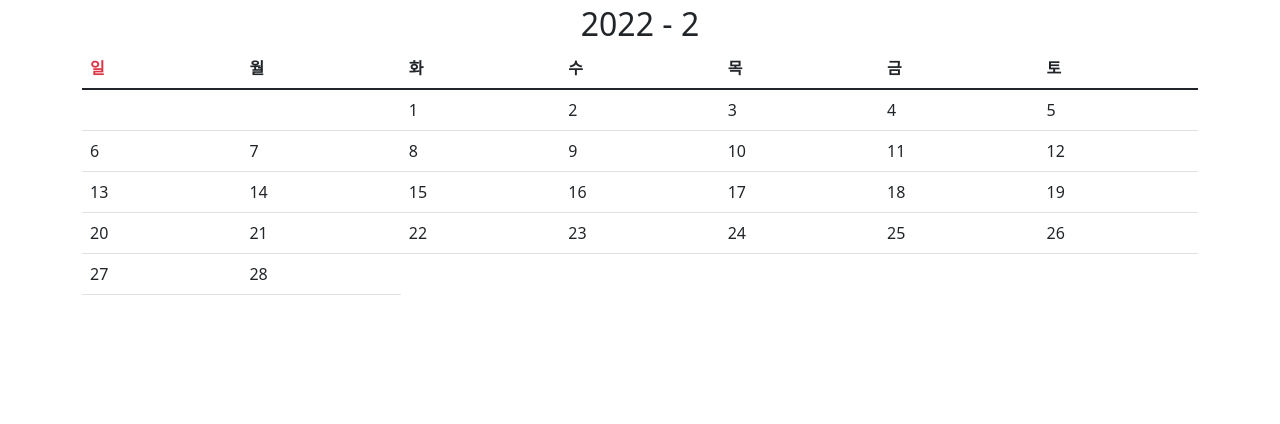
Repository: Visionary1/fullstack-dev-study
Page: http://localhost/Test/lesson02/quiz10.jsp
The author's editor kept a copy of each file at every save. The page is drawn from the files as they stood at one save, then again after the next save.
The browser window is 1280 px wide. The pictures show the whole page.
The page is served by Tomcat 9.

Above is the page before, as saved 2022-02-13 18:07:47.

### 4_servlet/workspace/Test/src/main/webapp/lesson02/quiz10.jsp
<%@ page language="java" contentType="text/html; charset=UTF-8" pageEncoding="UTF-8"%>

<%@ page import="java.util.*"%>

<!DOCTYPE html>
<html>
<head>
<meta charset="UTF-8">
<title>Insert title here</title>
<link href="https://cdn.jsdelivr.net/npm/bootstrap@5.1.3/dist/css/bootstrap.min.css" rel="stylesheet">
<script src="https://cdn.jsdelivr.net/npm/bootstrap@5.1.3/dist/js/bootstrap.bundle.min.js"></script>
</head>
<body>

	<%
	Calendar cal = Calendar.getInstance();

	// 월의 첫날
	cal.set(Calendar.DAY_OF_MONTH, 1);

	//그 주의 요일 반환 (일:1 ~ 토:7)
	int week = cal.get(Calendar.DAY_OF_WEEK);

	//몇 주 있는지
	int weekSize = cal.getActualMaximum(Calendar.WEEK_OF_MONTH);

	// 마지막 날짜
	int maximumDays = cal.getActualMaximum(Calendar.DATE);

	HashMap<Integer, String> dayOfWeek = new HashMap<>();
	dayOfWeek.put(1, "일");
	dayOfWeek.put(2, "월");
	dayOfWeek.put(3, "화");
	dayOfWeek.put(4, "수");
	dayOfWeek.put(5, "목");
	dayOfWeek.put(6, "금");
	dayOfWeek.put(7, "토");

	Collection<String> values = dayOfWeek.values();
	%>

	<div class="container">

		<div class="fw-light fs-2 text-center"><%=cal.get(Calendar.YEAR) + " - " + Integer.valueOf(cal.get(Calendar.MONTH) + 1)%></div>

		<table class="table">
			<thead>
				<tr>
					<%
					for (String day : values) {
					%>
					<th class="<%= day.equals("일") ? "text-danger" : "" %>"><%=day%></th>

					<%
					}
					%>
				</tr>
			</thead>
			<tbody>
		<%
		int counter = 1;
		for (int i = 0; i < weekSize; i++) {
		%>
			<tr>
		<%
			for (int j = 1; j < 8; j++) {
				if (counter > maximumDays) {
					break;
				}
		%>
				<td>
		<%
				if (week <= (i * 7 + j)) {
		%>
					<%= counter %>
		<%
					counter++;
				}
		%>
				</td>
		<%
			}
		%>
			</tr>
		<%
		}
		%>
			</tbody>
		</table>
	</div>



</body>
</html>

After the next save:
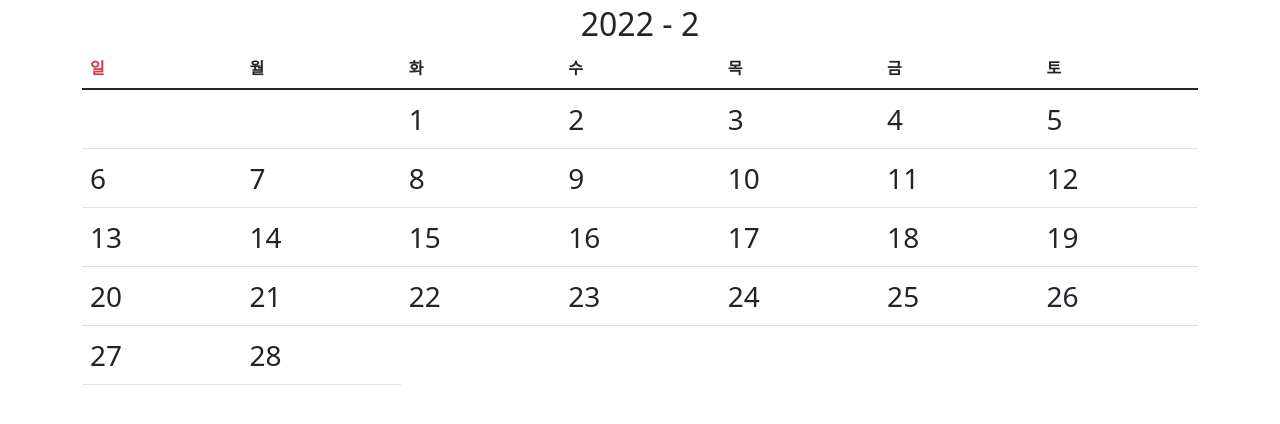
Saved 14 s later.
--- a/4_servlet/workspace/Test/src/main/webapp/lesson02/quiz10.jsp
+++ b/4_servlet/workspace/Test/src/main/webapp/lesson02/quiz10.jsp
@@ -68,7 +68,7 @@
 					break;
 				}
 		%>
-				<td>
+				<td class="fs-3">
 		<%
 				if (week <= (i * 7 + j)) {
 		%>
